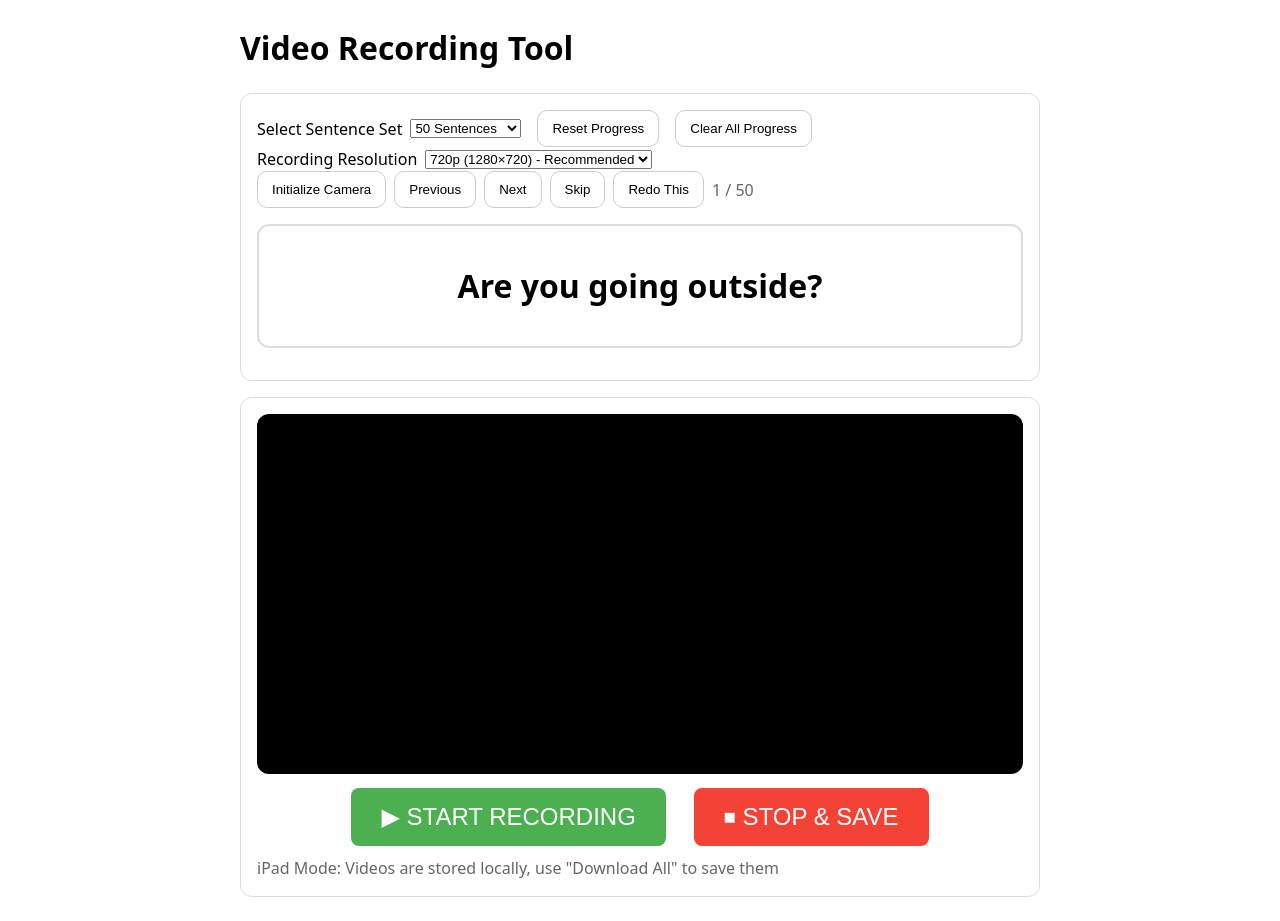
Repository: video2speech/video2speech.github.io
Page: index.html
The author's editor kept a copy of each file at every save. The page is drawn from the files as they stood at one save, then again after the next save.
The browser window is 1280 px wide. The pictures show the whole page.

Above is the page before, as saved 2025-09-04 06:41:54.

After the next save:
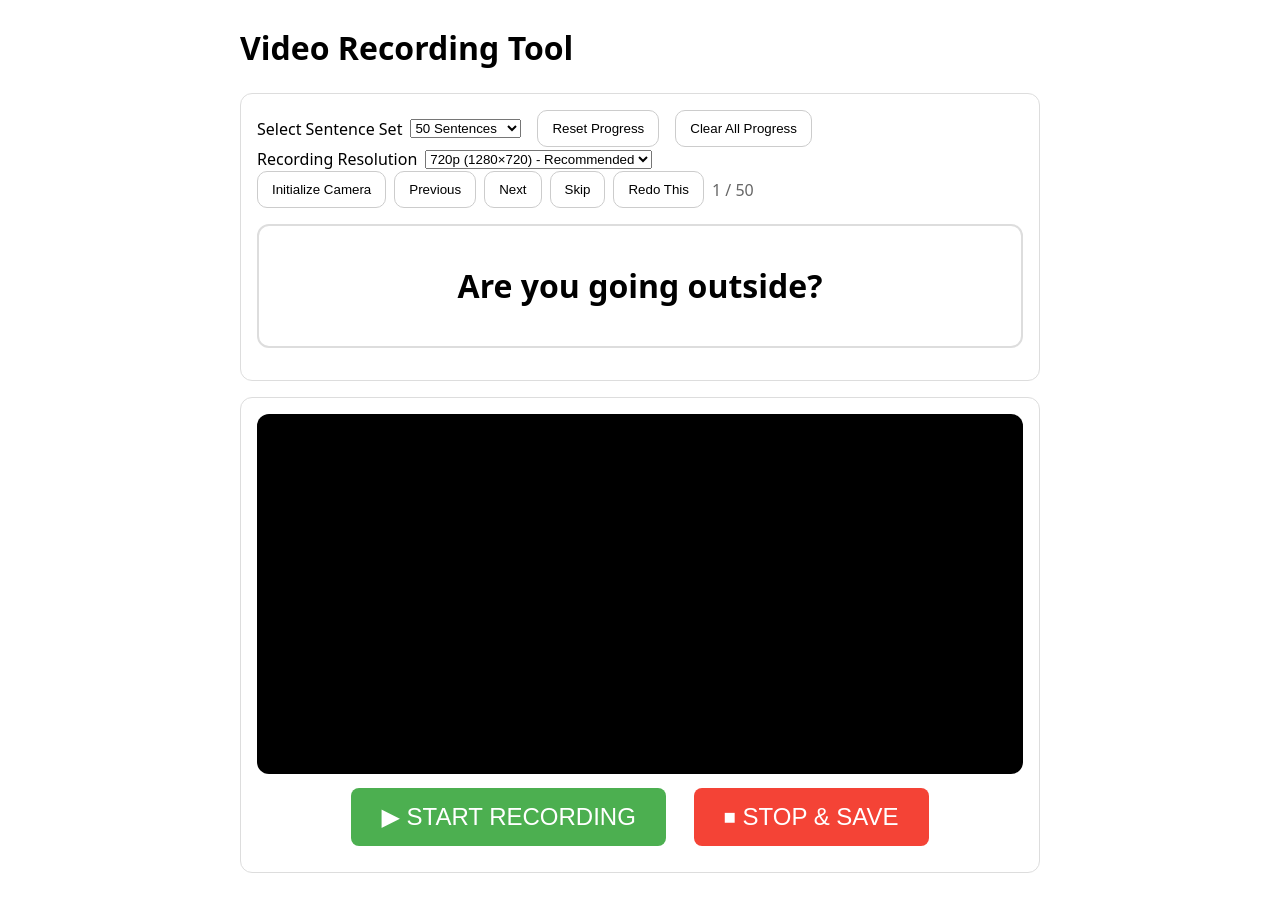
Saved 4 h 14 min later.
--- a/index.html
+++ b/index.html
@@ -64,7 +64,7 @@
       <span class="muted" id="storageInfo"></span>
     </div>
     <div class="row">
-      <span class="muted" id="downloadTip">iPad Mode: Videos are stored locally, use "Download All" to save them</span>
+      <!-- <span class="muted" id="downloadTip">iPad Mode: Videos are stored locally, use "Download All" to save them</span> -->
     </div>
   </div>
 
